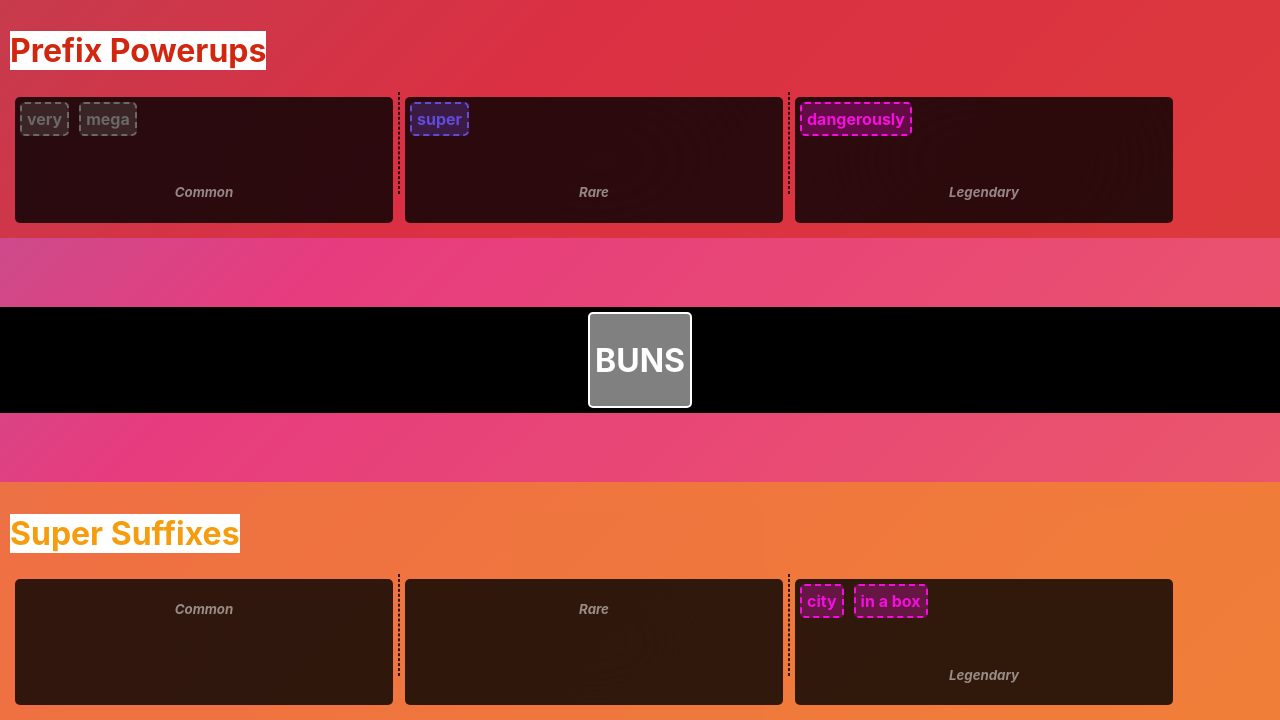
Repository: bsalgado98/buns-inator
Page: /
These files come from the project's save history. The page is drawn as it stood at one moment and after the next save; the edit follows.
The browser window is 1280 px wide. The pictures show the whole page.
The project was rebuilt for these pictures with package versions that can differ from the ones it lists, and the page was loaded fresh each time.

Above is the page before, as saved 2022-04-25 23:40:24.

After the next save:
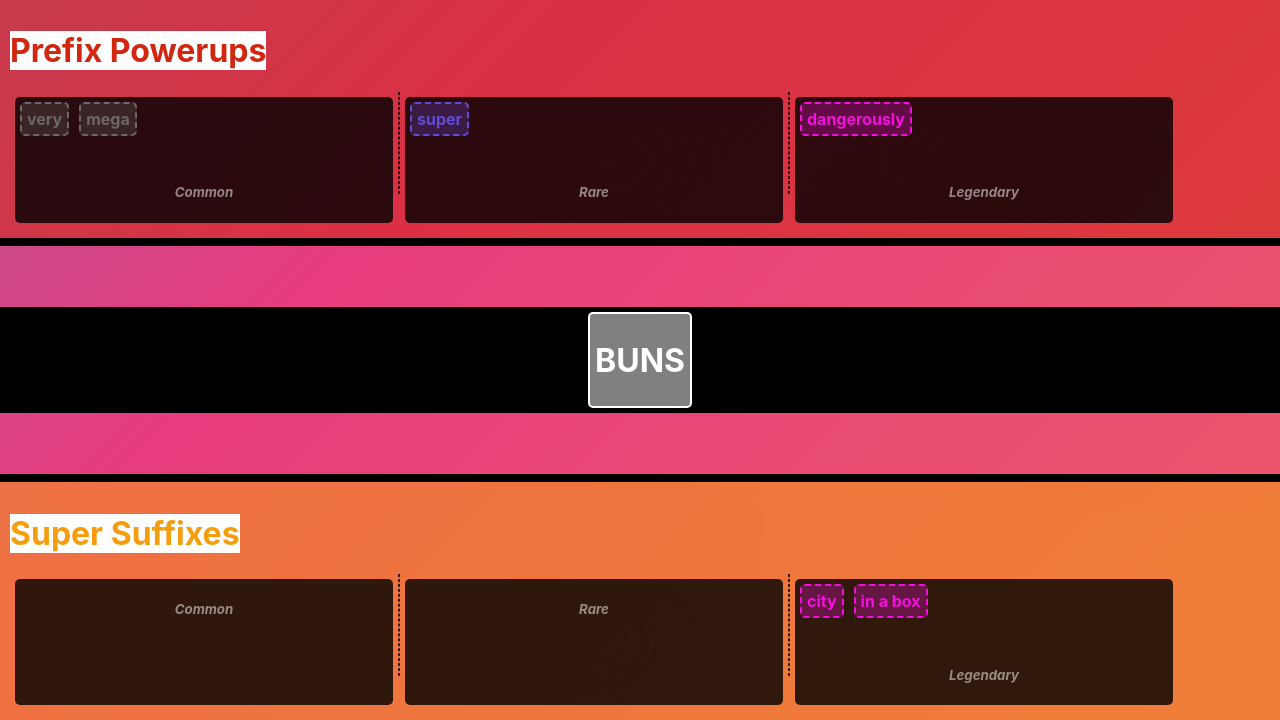
Saved 35 s later.
--- a/src/App.css
+++ b/src/App.css
@@ -30,3 +30,7 @@
 		background-position: 0% 50%;
 	}
 }
+
+.divider {
+    border: 4px solid black;
+}

After the 2 saves that followed:
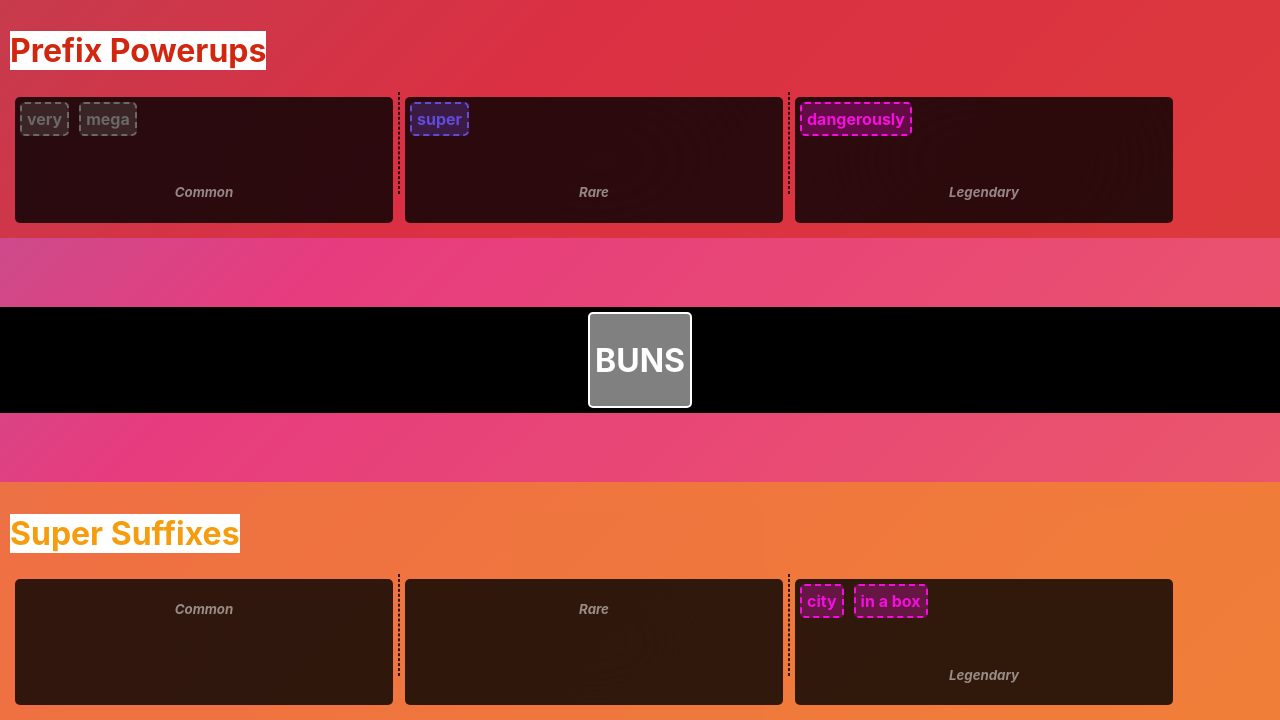
The 2 saves are shown as one change because 1 left the picture as it was.
The last was saved 32 s later.
--- a/src/App.css
+++ b/src/App.css
@@ -32,5 +32,6 @@
 }
 
 .divider {
-    border: 4px solid black;
+    background: rgba(255, 255, 255, 0.2);
+    backdrop-filter: blur(5px);
 }
